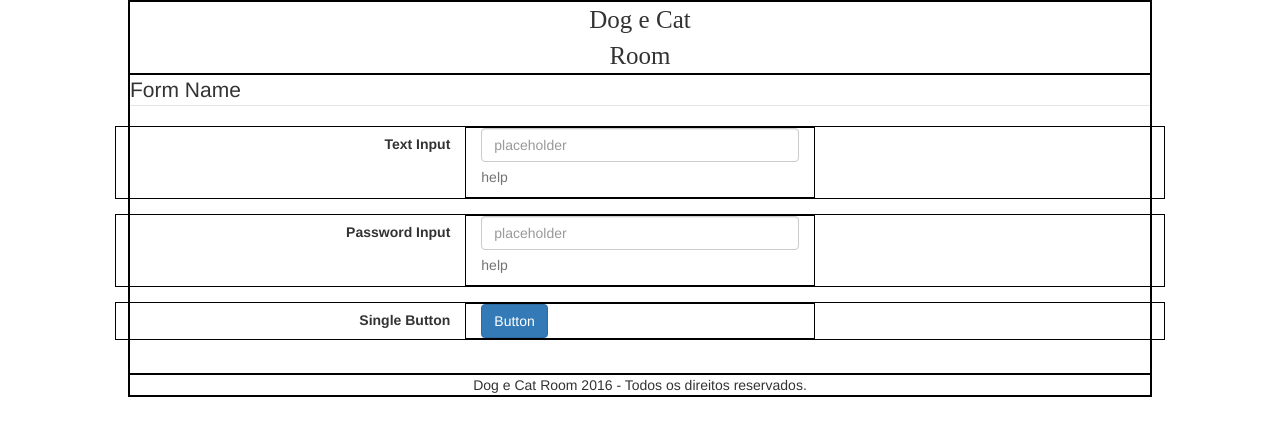
Repository: Natanzx/DogECatRoom
Page: http://localhost/DogECatRoom/login.jsp
An editor plug-in stored every save of this project. The page is shown before and after the next save, followed by the edit.
The browser window is 1280 px wide. The pictures show the whole page.
The page is served by Tomcat 9. Other server files are loaded and not shown.

Above is the page before, as saved 2016-05-15 19:27:04.

### DogECatRoom/WebContent/login.jsp
<%@ page language="java" contentType="text/html; charset=ISO-8859-1"
	pageEncoding="ISO-8859-1"%>
<!DOCTYPE html PUBLIC "-//W3C//DTD HTML 4.01 Transitional//EN" "http://www.w3.org/TR/html4/loose.dtd">
<html>
<head>
<meta http-equiv="Content-Type" content="text/html; charset=ISO-8859-1">
<title>Efetuar Login</title>

<link rel="stylesheet" type="text/css"
	href="/DogECatRoom/bibliotecas/css/estilos.css">
<link rel="stylesheet" type="text/css"
	href="/DogECatRoom/bibliotecas/css/bootstrap.css">
</head>
<body>
	<div class="divMargin">
		<div
			style="text-align: center; font-size: 25px; font-family: Century Gothic";>
			Dog e Cat <br> Room
		</div>

		<div class="content">
			<form class="form-horizontal">
				<fieldset>

					<!-- Form Name -->
					<legend>Form Name</legend>

					<!-- Text input-->
					<div class="form-group">
						<label class="col-md-4 control-label" for="textinput">Text
							Input</label>
						<div class="col-md-4">
							<input id="textinput" name="textinput" type="text"
								placeholder="placeholder" class="form-control input-md">
							<span class="help-block">help</span>
						</div>
					</div>

					<!-- Password input-->
					<div class="form-group">
						<label class="col-md-4 control-label" for="passwordinput">Password
							Input</label>
						<div class="col-md-4">
							<input id="passwordinput" name="passwordinput" type="password"
								placeholder="placeholder" class="form-control input-md">
							<span class="help-block">help</span>
						</div>
					</div>

					<!-- Button -->
					<div class="form-group">
						<label class="col-md-4 control-label" for="singlebutton">Single
							Button</label>
						<div class="col-md-4">
							<button id="singlebutton" name="singlebutton"
								class="btn btn-primary">Button</button>
						</div>
					</div>

				</fieldset>
			</form>


		</div>

		<div style="text-align: center;">Dog e Cat Room 2016 - Todos os
			direitos reservados.</div>
	</div>
</body>
</html>

### DogECatRoom/WebContent/bibliotecas/css/estilos.css
@CHARSET "ISO-8859-1";

div {

	border				: 1px solid black;
}

.divMargin{
	width				: 80%;
	margin				: auto;

}

.content{
	min-height			: 300px;
}

Loaded but not shown: DogECatRoom/WebContent/bibliotecas/css/bootstrap.css (library)

After the next save:
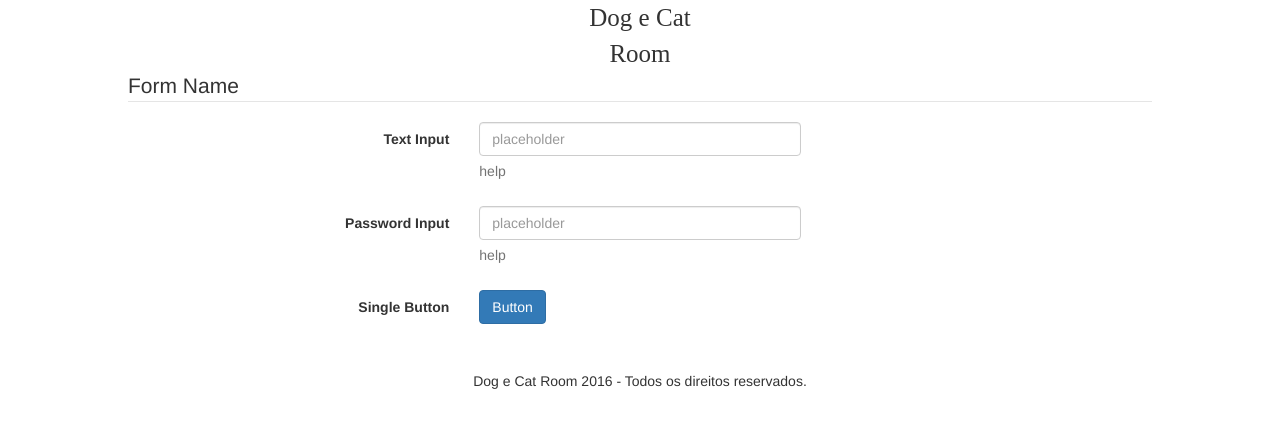
Saved 12 s later.
--- a/DogECatRoom/WebContent/bibliotecas/css/estilos.css
+++ b/DogECatRoom/WebContent/bibliotecas/css/estilos.css
@@ -1,9 +1,4 @@
 @CHARSET "ISO-8859-1";
-
-div {
-
-	border				: 1px solid black;
-}
 
 .divMargin{
 	width				: 80%;
